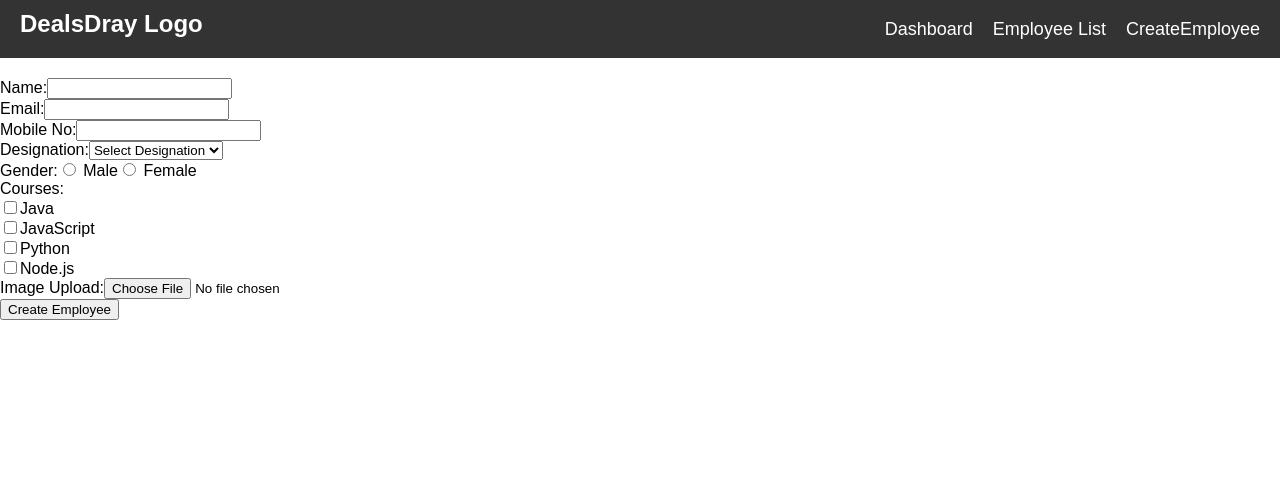
Repository: Mahanandapadavale123/dealsdray
Page: / create-employee (app in frontend/)
These files come from the project's save history. The page is drawn as it stood at one moment and after the next save; the edit follows.
The browser window is 1280 px wide. The pictures show the whole page.
The page's requests for data from a server got no answer. The project was rebuilt for these pictures with package versions that can differ from the ones it lists, and the page was loaded fresh each time. No one was signed in, and anything a server would have sent is missing. Also part of the build but not shown: frontend/src/css/login.module.css, frontend/src/views/login.jsx, frontend/src/views/layout/footer.jsx, frontend/src/views/dashboard.js, frontend/src/css/employee.css, frontend/src/views/EmployeeList.js.

Above is the page before, as saved 2024-09-19 17:39:26.

After the next save:
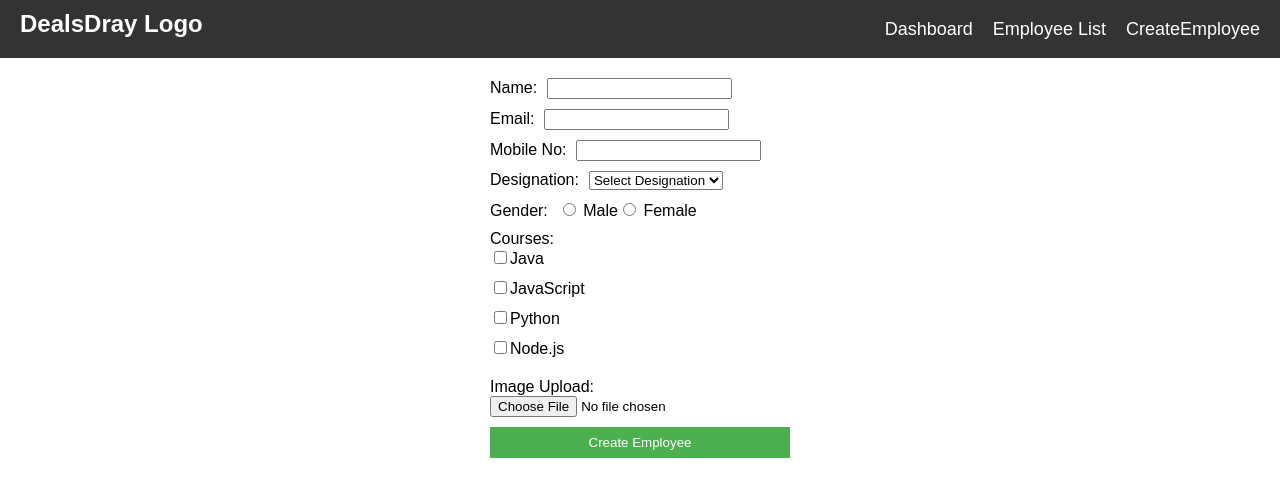
Saved 74 s later.
--- a/frontend/src/views/layout/createemployee.jsx
+++ b/frontend/src/views/layout/createemployee.jsx
@@ -1,5 +1,6 @@
 import React, { useState } from 'react';
 import Header from '../layout/header';
+import Create from '../css/Create.css'
 
 const EmployeeForm = () => {
   // State to hold form data
